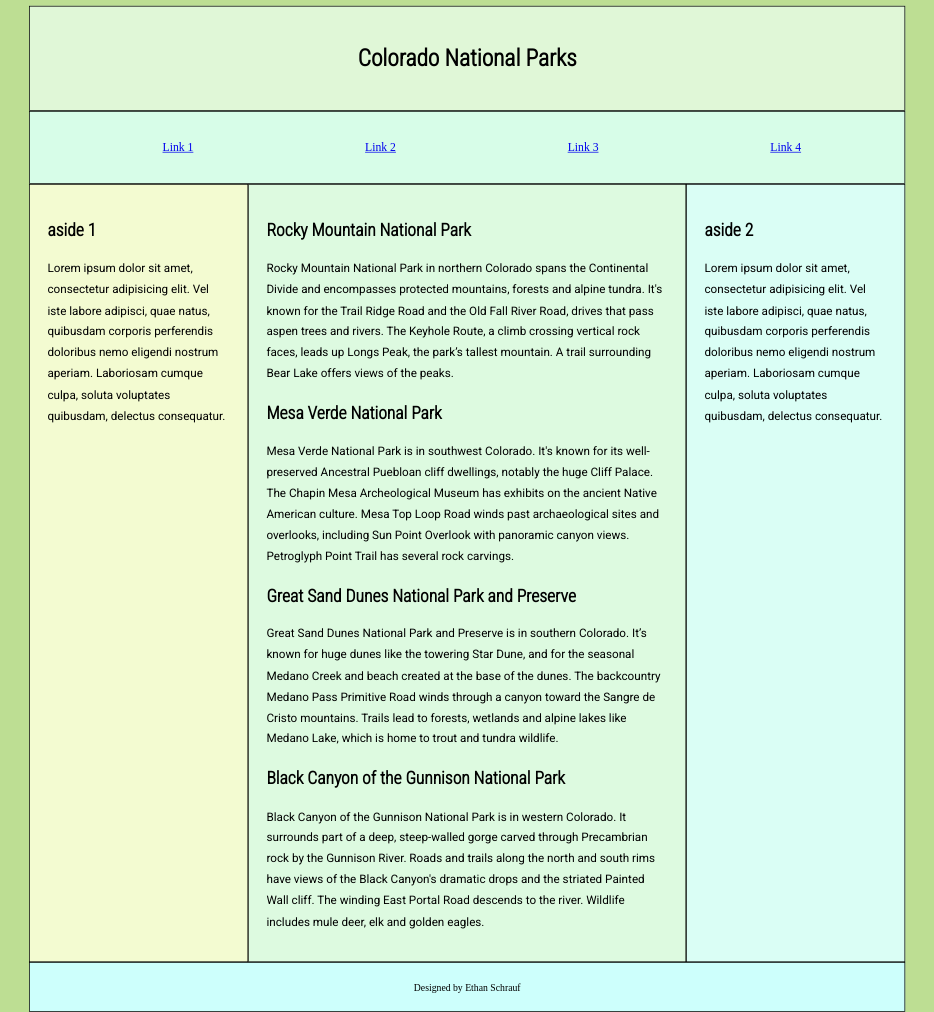
Repository: ethan-schrauf/UniversalDesignWebsite
Page: lab4.html
The author's editor kept a copy of each file at every save. The page is drawn from the files as they stood at one save, then again after the next save.
The browser window is 1280 px wide. The pictures show the whole page, at 73% of full size.

Above is the page before, as saved 2023-10-24 21:41:15.

After the next save:
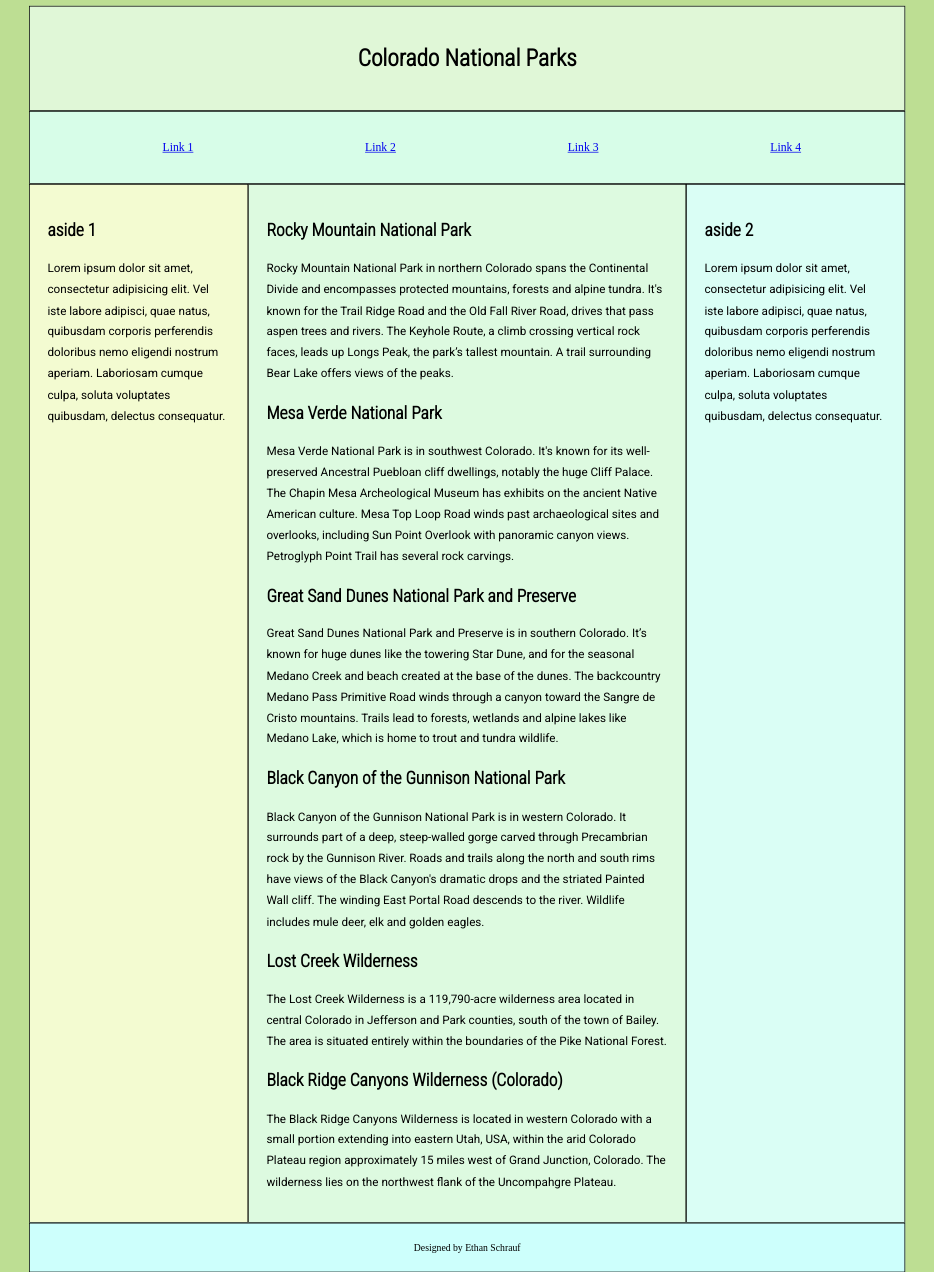
Saved 90 s later.
--- a/lab4.html
+++ b/lab4.html
@@ -32,6 +32,10 @@
       <p>Great Sand Dunes National Park and Preserve is in southern Colorado. It’s known for huge dunes like the towering Star Dune, and for the seasonal Medano Creek and beach created at the base of the dunes. The backcountry Medano Pass Primitive Road winds through a canyon toward the Sangre de Cristo mountains. Trails lead to forests, wetlands and alpine lakes like Medano Lake, which is home to trout and tundra wildlife.</p>
       <h2>Black Canyon of the Gunnison National Park</h2>
       <p>Black Canyon of the Gunnison National Park is in western Colorado. It surrounds part of a deep, steep-walled gorge carved through Precambrian rock by the Gunnison River. Roads and trails along the north and south rims have views of the Black Canyon's dramatic drops and the striated Painted Wall cliff. The winding East Portal Road descends to the river. Wildlife includes mule deer, elk and golden eagles.</p>
+      <h2>Lost Creek Wilderness</h2>
+      <p>The Lost Creek Wilderness is a 119,790-acre wilderness area located in central Colorado in Jefferson and Park counties, south of the town of Bailey. The area is situated entirely within the boundaries of the Pike National Forest.</p>
+      <h2>Black Ridge Canyons Wilderness (Colorado)</h2>
+      <p>The Black Ridge Canyons Wilderness is located in western Colorado with a small portion extending into eastern Utah, USA, within the arid Colorado Plateau region approximately 15 miles west of Grand Junction, Colorado. The wilderness lies on the northwest flank of the Uncompahgre Plateau.</p>
     </section>
   </main>
   <aside id="aside1">
